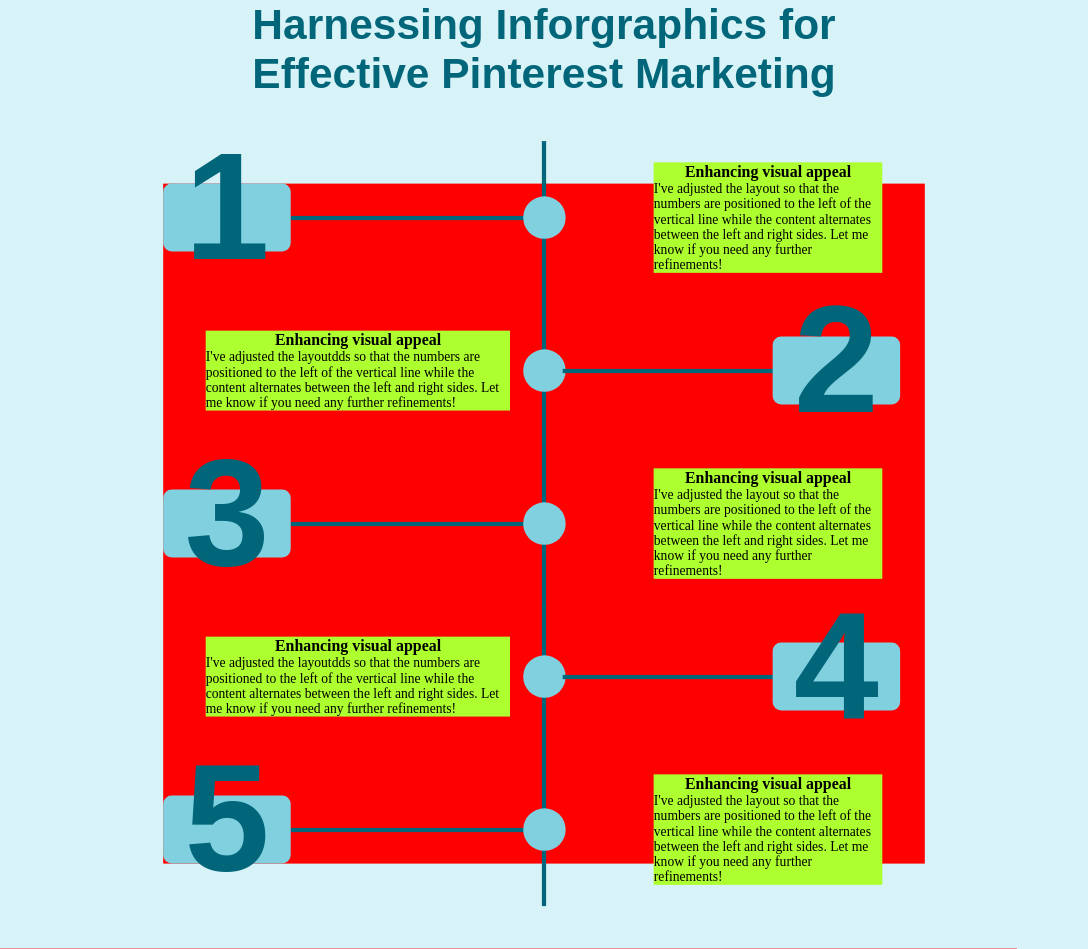
Repository: ayushrajput545/InforGraphic-page
Page: index.html
An editor plug-in stored every save of this project. The page is shown before and after a run of saves, followed by the edit.
The browser window is 1280 px wide. The pictures show the whole page, at 85% of full size.
Some web fonts or font styles are not loaded; a fallback is used.

Above is the page before, as saved 2025-04-01 23:42:01.

### index.html
<!DOCTYPE html>
<html lang="en">
<head>
    <meta charset="UTF-8">
    <meta name="viewport" content="width=device-width, initial-scale=1.0">
    <link rel="stylesheet" href="style.css">
    <link rel="preconnect" href="https://fonts.googleapis.com">
    <link rel="preconnect" href="https://fonts.gstatic.com" crossorigin>
    <link href="https://fonts.googleapis.com/css2?family=Protest+Riot&display=swap" rel="stylesheet">
</head>
<body>

    <h1 class="header">Harnessing Inforgraphics for Effective Pinterest Marketing</h1>



    <div class="container">

        <!-- Step 1 -->

        <div class="content-steps-odd">
            <div class="overlap">
                <h1 class="steps">1</h1>
            </div>
            <div class="line-horizontal"></div>
            <div class="line-vertical">
                <div class="circle"></div>
            </div>
            <div class="content-right">
                <h3 id="content-header">Enhancing visual appeal</h3>
                <p>I've adjusted the layout so that the numbers are positioned to the left of the vertical line while the content alternates between the left and right sides. Let me know if you need any further refinements!</p>
            </div>
        </div>


        <!-- Step 2 -->
        <div class="content-steps-even">
            <div class="content-right-even">
                <h3 id="content-header">Enhancing visual appeal</h3>
                <p>I've adjusted the layoutdds so that the numbers are positioned to the left of the vertical line while the content alternates between the left and right sides. Let me know if you need any further refinements!</p>
            </div>
             <div class="line-vertical">
                <div class="circle"></div>
            </div>
            <div class="line-horizontal-right"></div>
            <div class="overlap-even">
                <h1 class="steps-even">2</h1>
            </div>
        </div>


        <!-- Step 3 -->
        <div class="content-steps-odd">
            <div class="overlap">
                <h1 class="steps">3</h1>
            </div>
            <div class="line-horizontal"></div>
            <div class="line-vertical">
                <div class="circle"></div>
            </div>
            <div class="content-right">
                <h3 id="content-header">Enhancing visual appeal</h3>
                <p>I've adjusted the layout so that the numbers are positioned to the left of the vertical line while the content alternates between the left and right sides. Let me know if you need any further refinements!</p>
            </div>
        </div>


        <!-- Step 4 -->
        <div class="content-steps-even">
            <div class="content-right-even">
                <h3 id="content-header">Enhancing visual appeal</h3>
                <p>I've adjusted the layoutdds so that the numbers are positioned to the left of the vertical line while the content alternates between the left and right sides. Let me know if you need any further refinements!</p>
            </div>
             <div class="line-vertical">
                <div class="circle"></div>
            </div>
            <div class="line-horizontal-right"></div>
            <div class="overlap-even">
                <h1 class="steps-even">4</h1>
            </div>
        </div>


        <!-- Step 5 -->
        <div class="content-steps-odd">
            <div class="overlap">
                <h1 class="steps">5</h1>
            </div>
            <div class="line-horizontal"></div>
            <div class="line-vertical">
                <div class="circle"></div>
            </div>
            <div class="content-right">
                <h3 id="content-header">Enhancing visual appeal</h3>
                <p>I've adjusted the layout so that the numbers are positioned to the left of the vertical line while the content alternates between the left and right sides. Let me know if you need any further refinements!</p>
            </div>
        </div>







    </div>

</body>
</html>

### style.css
*{
    margin: 0;
    padding: 0;
    box-sizing: border-box;
}

body{
    background-color: #d8f3f7;;
}

.header{
    font-family: "Protest Riot", sans-serif;
    text-align: center;
    max-width: 60%;
    margin: auto;
    font-size: 50px;
    font-weight: bold;
    color: #02667a;
}

.container{
    position: relative;
    width: 70%;
    margin: auto;
    background-color: red;
    margin-top: 100px;
}

.content-steps-odd{
    display: flex;
    align-items: center;
    position: relative;
    margin-bottom: 100px;
}

.overlap{
    background-color: #81d0e0;
    width: 150px;
    height: 80px;
    position: relative;
    z-index: 1;
    display: flex;
    justify-content: center;
    border-radius: 10px;
}

.steps{
    font-family: "Protest Riot", sans-serif;
    font-size: 180px;
    font-weight: bold;
    color: #02667a;
    position: absolute;
    z-index: 2;
    bottom: -50px;
}

.line-horizontal{
    background-color: #02667a;
    width: 35%;
    height: 5px;
    position: relative;
}

.circle {
    width: 50px;
    height: 50px;
    background-color: #81d0e0;
    border-radius: 50%;
    position: absolute;
    left: 50%;
    transform: translate(-50%, -50%); /* Ensures proper overlap */
    top: 90px; /* Places it at the intersection */
}



.line-vertical {
    width: 5px; /* Thickness of the line */
    height: 180px; /* Adjust as needed */
    background-color: #02667a;
    position: absolute;
    left: 50%; /* Centers the line */
    transform: translateX(-50%);

}

.content-right{
    background-color: greenyellow;
    width: 30%;
    position: absolute;
    right: 50px
}

.content-right h3{
    text-align: center;
}



/* Even */
.content-steps-even{
    display: flex;
    align-items: center;
    position: relative;
    margin-bottom: 100px;
}

.overlap-even{
    background-color: #81d0e0;
    width: 150px;
    height: 80px;
    position: relative;
    left:80%;
    z-index: 1;
    display: flex;
    justify-content: center;
    border-radius: 10px;
}

.steps-even{
    font-family: "Protest Riot", sans-serif;
    font-size: 180px;
    font-weight: bold;
    color: #02667a;
    position: absolute;
    z-index: 2;
    bottom: -50px;

}


.line-horizontal-right {
    background-color: #02667a;
    width: 30%;
    height: 5px;
    position: absolute;
    left: 52.5%;
    transform: translateX(0); /* Starts from the circle */

}

.content-right-even{
    background-color: greenyellow;
    width: 40%;
    position: absolute;
    left: 50px
}

.content-right-even h3{
    text-align: center;
}

After the next 2 saves:
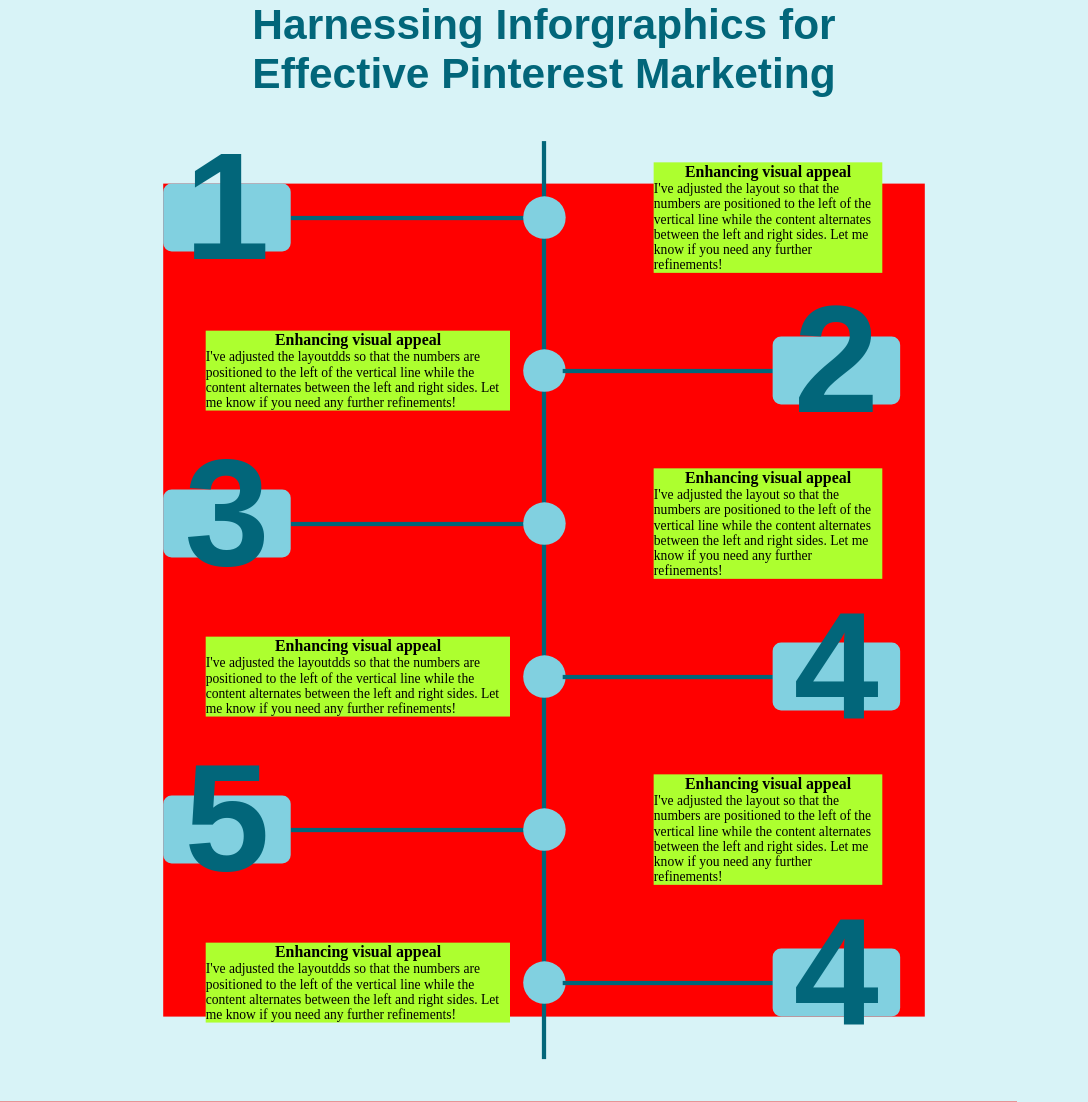
The 2 saves are shown as one change because they came seconds apart.
The last was saved 7 s later.
--- a/index.html
+++ b/index.html
@@ -97,7 +97,20 @@
         </div>
 
 
-
+        <!-- Step 6 -->
+        <div class="content-steps-even">
+            <div class="content-right-even">
+                <h3 id="content-header">Enhancing visual appeal</h3>
+                <p>I've adjusted the layoutdds so that the numbers are positioned to the left of the vertical line while the content alternates between the left and right sides. Let me know if you need any further refinements!</p>
+            </div>
+             <div class="line-vertical">
+                <div class="circle"></div>
+            </div>
+            <div class="line-horizontal-right"></div>
+            <div class="overlap-even">
+                <h1 class="steps-even">4</h1>
+            </div>
+        </div>
 
 
 
